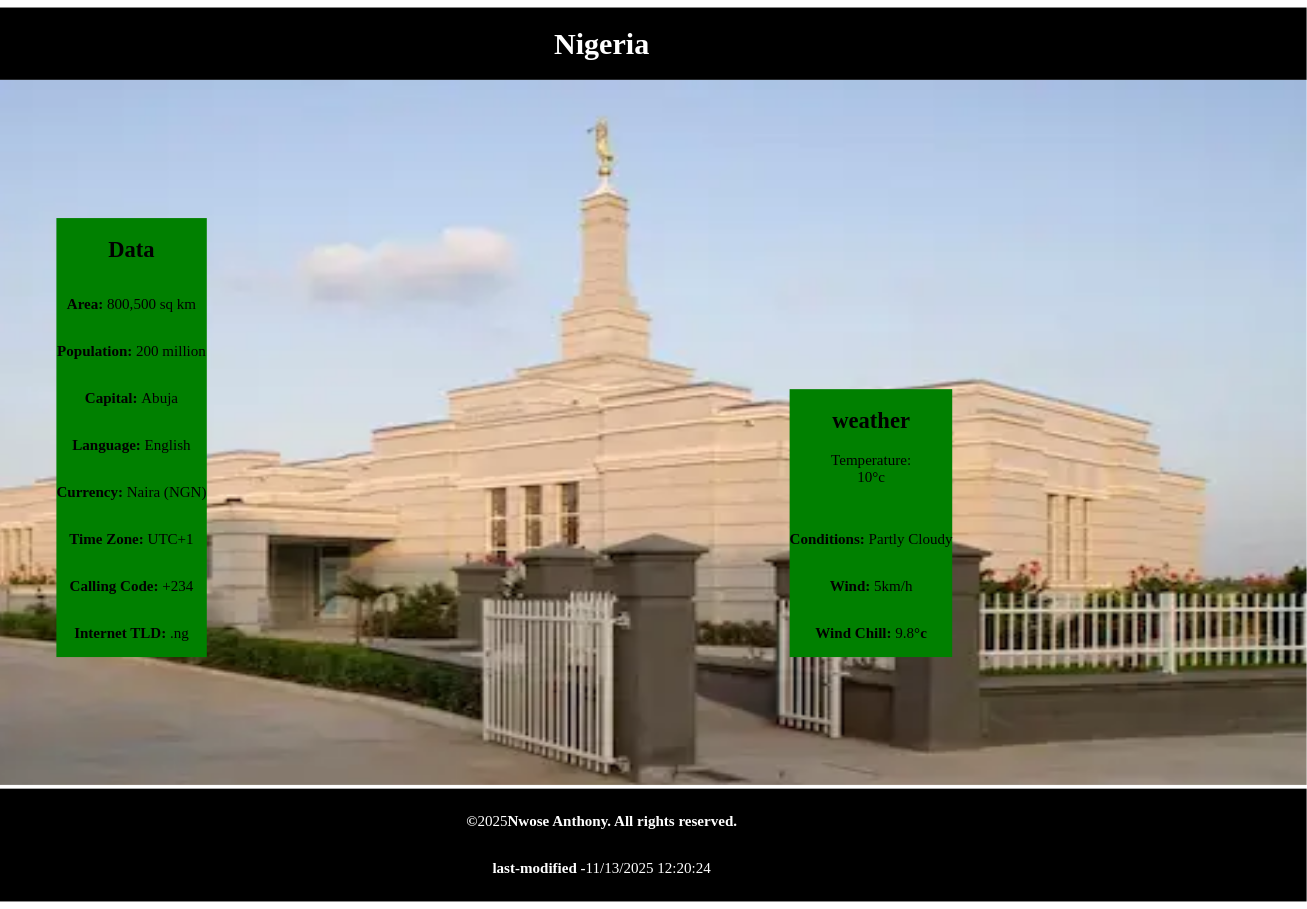
Repository: NoblesNigeria/wdd131
Page: place.html
The author's editor kept a copy of each file at every save. The page is drawn from the files as they stood at one save, then again after the next save.
The browser window is 1280 px wide. The page is 1390 px wide, so the pictures cover 1390 px, including what lies to the right of the window. The pictures show the whole page, at 94% of full size.

Above is the page before, as saved 2025-11-13 18:00:19.

After the next save:
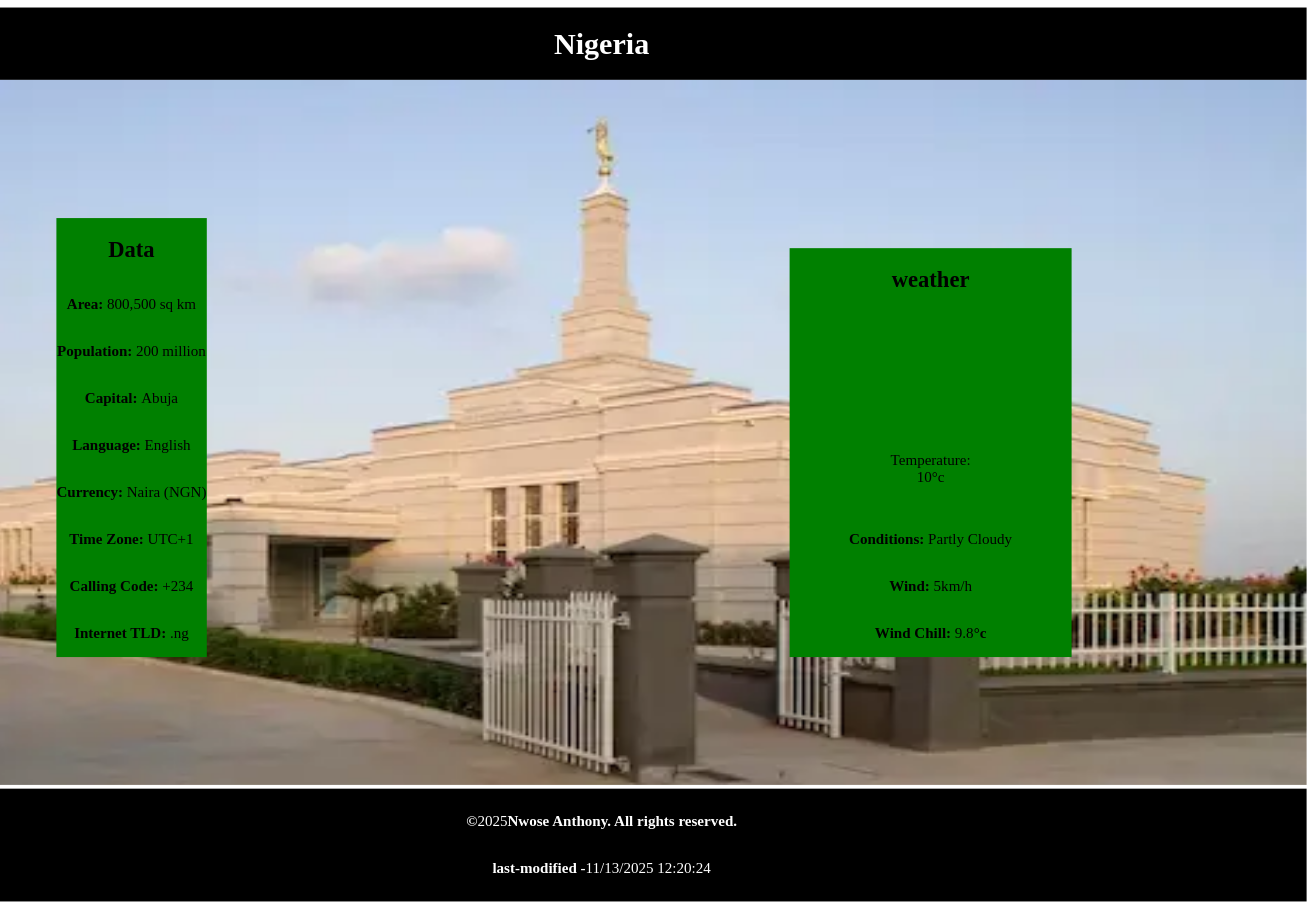
Saved 4 s later.
--- a/place.html
+++ b/place.html
@@ -26,7 +26,7 @@
             </picture>
             <figure class="content">
                 <h2>weather</h2>
-                <embed
+                <embed type
                 <p>Temperature: <span id="temperature"></span></p>
                 <p>Conditions: <span id="conditions"></span></p>
                 <p>Wind: <span id="wind-speed"></span></p>
